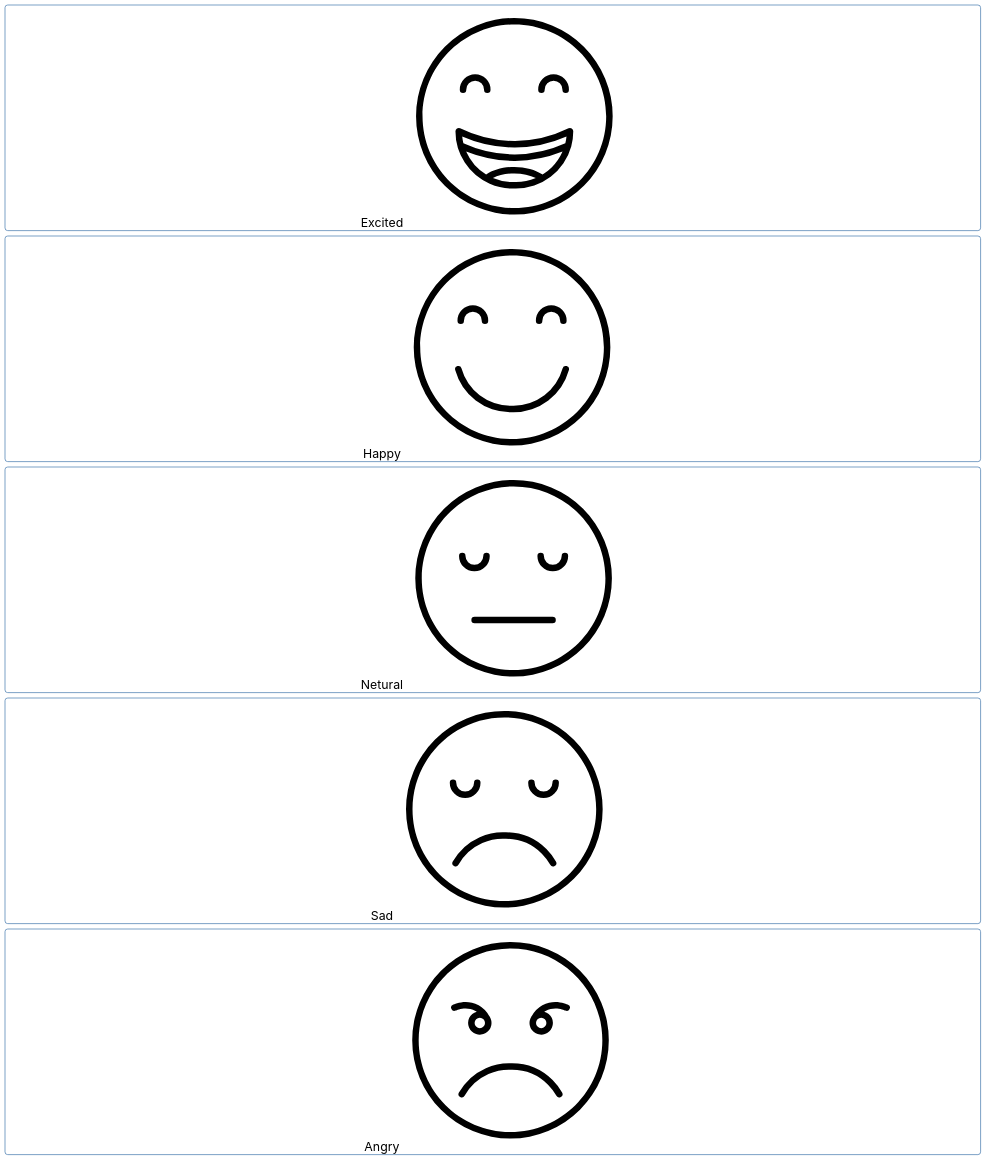
Repository: majakesin/moodify-app
Page: /
An editor plug-in stored every save of this project. The page is shown before and after a run of saves, followed by the edit.
The browser window is 1280 px wide. The pictures show the whole page, at 77% of full size.
The project was rebuilt for these pictures with package versions that can differ from the ones it lists, and the page was loaded fresh each time.

Above is the page before, as saved 2023-08-21 11:42:00.

After the next 2 saves:
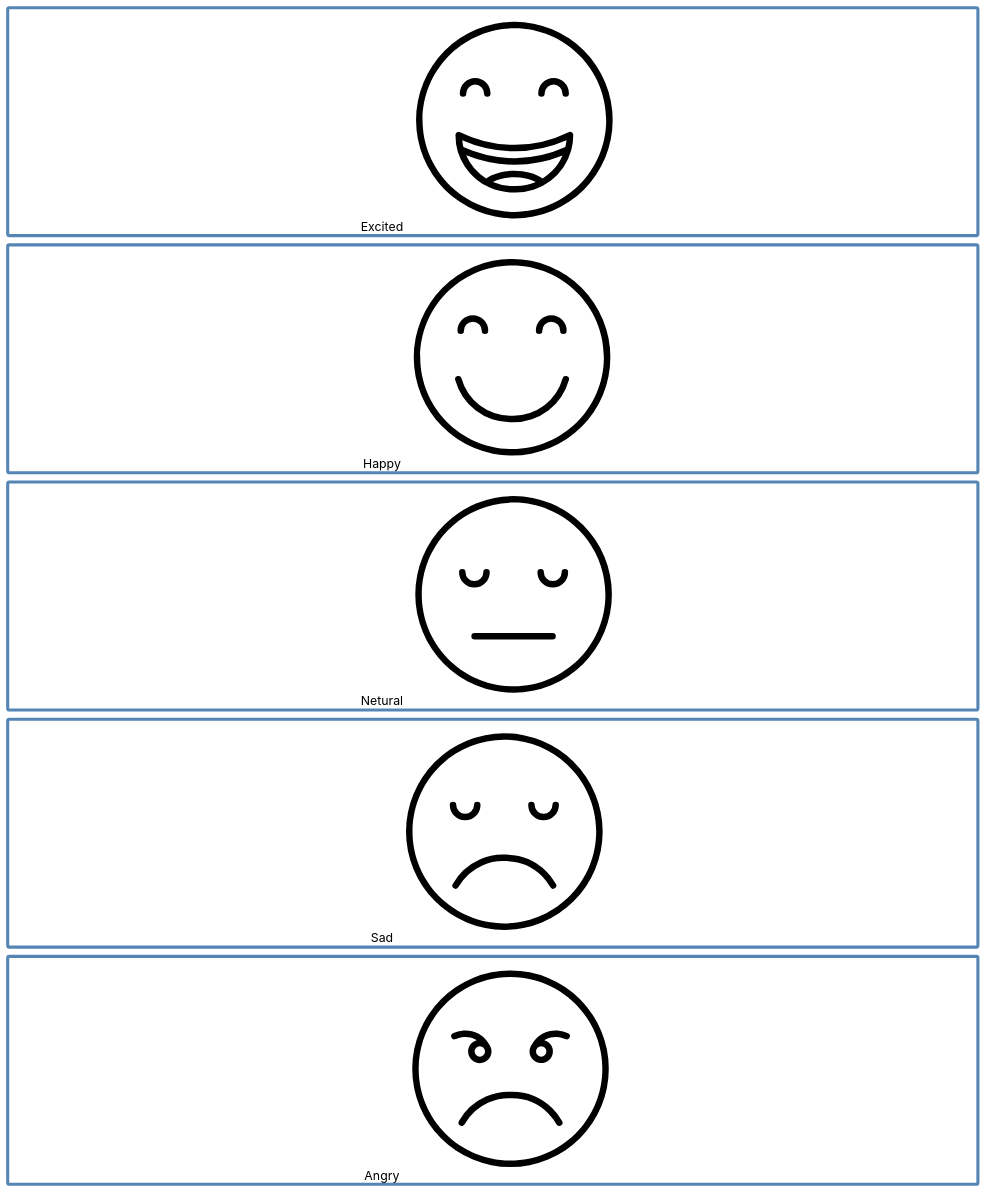
The 2 saves are shown as one change because they came seconds apart.
The last was saved 85 s later.
--- a/src/components/Mood/index.module.css
+++ b/src/components/Mood/index.module.css
@@ -2,7 +2,7 @@
 @import '../../styles/variables.css';
 
 .card {
-    border: 1px solid var(--first-color);
+    border: 4px solid var(--first-color);
     border-radius: 4px;
-    margin: 6px;
+    margin: 8px;
 }
